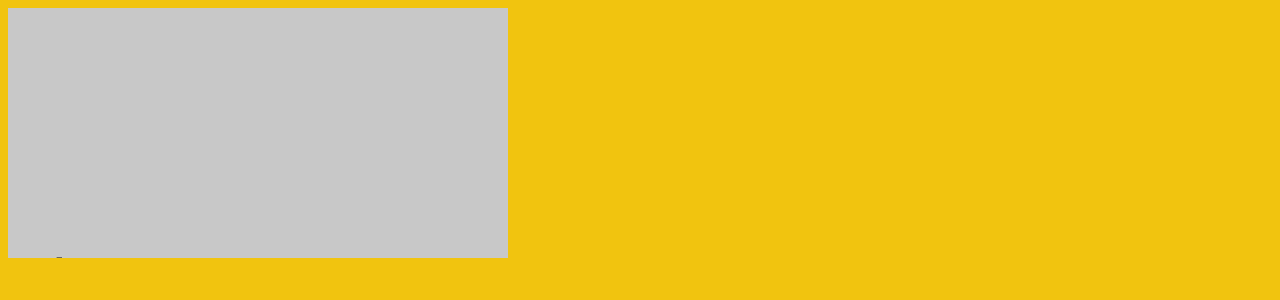
Repository: animarcus/graphing-app
Page: index.html
These files come from the project's save history. The page is drawn as it stood at one moment and after the next save; the edit follows.
The browser window is 1280 px wide. The pictures show the whole page.
Some web libraries are served in a nearby version.

Above is the page before, as saved 2020-09-21 22:57:04.

### index.html
<!DOCTYPE html>
<html lang="en">
<head>
  <link rel="apple-touch-icon"sizes="180x180"href="/icons/apple-touch-icon.png">
  <link rel="icon"type="image/png"sizes="32x32"href="/icons/favicon-32x32.png">
  <link rel="icon"type="image/png"sizes="16x16"href="/icons/favicon-16x16.png">
  <link rel="manifest"href="/icons/site.webmanifest">

  <link rel="stylesheet" href="css/style.css">
  <meta charset="UTF-8">
  <meta name="viewport" content="width=device-width, initial-scale=1.0, maximum-scale=1.0, user-scalable=0">
  <title>PLACEHOLDER</title>

  <script type="text/javascript" src="https://cdn.jsdelivr.net/npm/p5@1.1.4/lib/p5.min.js"></script>
  <script src="js/sketch.js"></script>
</head>
<body>
</body>
</html>

### css/style.css
* {
  cursor: default;
  /* -webkit-touch-callout: none;
  -webkit-user-select: none;
  -khtml-user-select: none;
  -moz-user-select: none;
  -ms-user-select: none;
  user-select: none; */
}
body {
  background: #f1c40f;
  height: 100%;
  overflow-y: hidden;
  overflow-x: hidden;
  /* border-radius: 50%; */
}

/* #canvas1 {
  position: absolute;
  top:50%;
  left:50%;
  transform: translate(-50%,-50%);
} */

### js/sketch.js
function setup() {
  createCanvas(500,250);
}
let images = [];
for (let i = 0; i < 500; i = i + 10) {
  let result = i/2;
  result = -result + 495;
  images.push(result);
}


function draw() {
  background(200);
  fill(color("green"));
  for (let x = 0; x < images.length; x++) {
    rect(x,images[x], 5,5);
  }
}

After the next save:
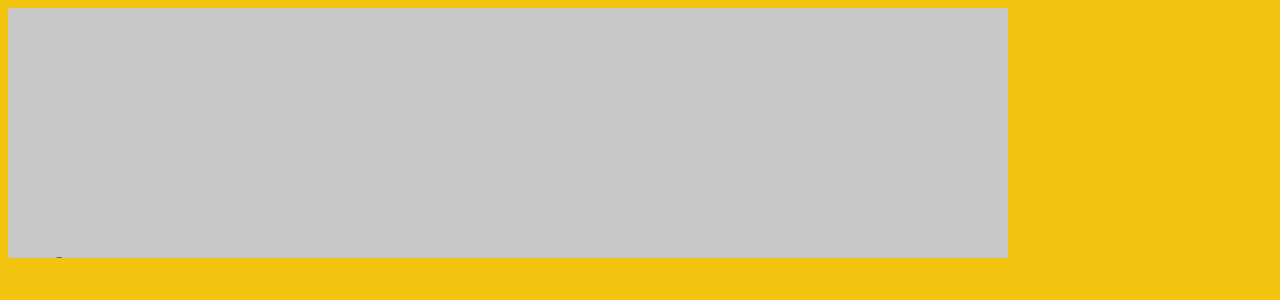
Saved 13 s later.
--- a/js/sketch.js
+++ b/js/sketch.js
@@ -1,5 +1,5 @@
 function setup() {
-  createCanvas(500,250);
+  createCanvas(1000,250);
 }
 let images = [];
 for (let i = 0; i < 500; i = i + 10) {
